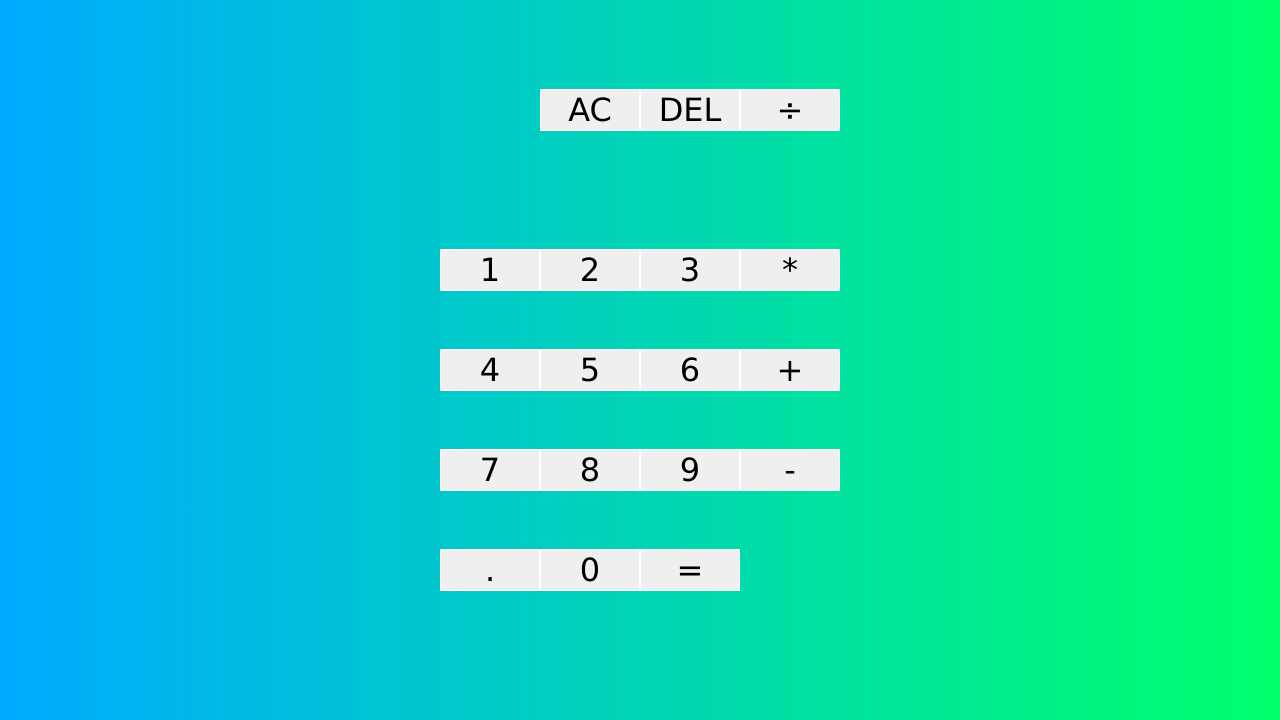
Repository: devkthines/js-calculator
Page: index.html
These files come from the project's save history. The page is drawn as it stood at one moment and after the next save; the edit follows.
The browser window is 1280 px wide. The pictures show the whole page.

Above is the page before, as saved 2023-12-18 21:52:54.

### index.html
<!DOCTYPE html>
<html lang="en">
<head>
    <meta charset="UTF-8">
    <meta name="viewport" content="width=device-width, initial-scale=1.0">
    <title>Calculator</title>
    <link rel="stylesheet" href="styles.css">
    <script src="script.js" defer></script>
</head>
<body>
    <!-- Wrapper for buttons and elements on the screen -->
<div class="calculator-grid">
    <!-- Screen For Output -->
<div class="output">
    <div class="previous-operand"></div>
    <div class="current-operand"></div>
</div>
<!-- Buttons to control calculator -->
<button class="span-two">AC</button>
<button >DEL</button>
<button >÷</button>
<button >1</button>
<button >2</button>
<button >3</button>
<button >*</button>
<button >4</button>
<button >5</button>
<button >6</button>
<button >+</button>
<button >7</button>
<button >8</button>
<button >9</button>
<button >-</button>
<button >.</button>
<button >0</button>
<button class="span-two">=</button>
</div>

</body>
</html>

### styles.css
*,*::before,*::after{
    box-sizing: border-box;
    margin: 0;
    /* what font is used in demonstration. Need to install on computer */
    /* font-family: Gotham Rounded, sans-serif; */
    font-family: 'Lucida Sans', 'Lucida Sans Regular', 'Lucida Grande', 'Lucida Sans Unicode', Geneva, Verdana, sans-serif;
    font-weight: normal;
}
body{
    padding: 0;
    margin: 0;
    background: linear-gradient(to right, #00AAFF, #00FF6C);
}

.calculator-grid{
    display: grid;
    justify-content: center;
    align-items: center;
    /* Stating for the calculator to take up space on screen vertically at all times */
    min-height: 100vh;
    grid-template-columns: repeat(4,100px);
    /* To expand the columns due to output with large number inputs */
    grid-template-rows: minmax(120px, auto)repeat(5,100px);
}

/* Selecting all buttons on grid */
.calculator-grid> button{
    /* hovering over buttons provide cursor */
    cursor: pointer;
    font-size: 2rem;
    border: 1px solid white;
    /* removing unneccessary outline that browser always provides by default on buttons*/
    outline: none;
    background-color: rgba(255, 255, 255, alpha);
}

Loaded but not shown: script.js (common file)

After the next save:
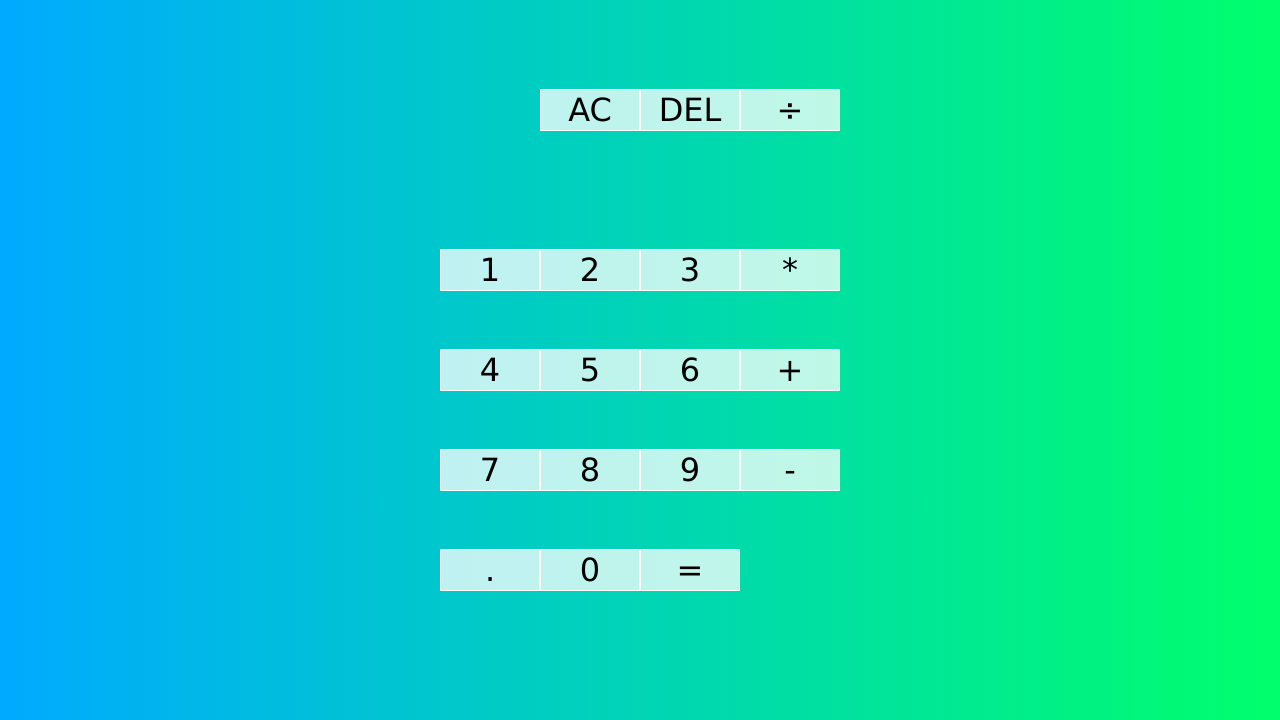
Saved 4 s later.
--- a/styles.css
+++ b/styles.css
@@ -31,5 +31,5 @@ body{
     border: 1px solid white;
     /* removing unneccessary outline that browser always provides by default on buttons*/
     outline: none;
-    background-color: rgba(255, 255, 255, alpha);
+    background-color: rgba(255, 255, 255, .75);
 }
